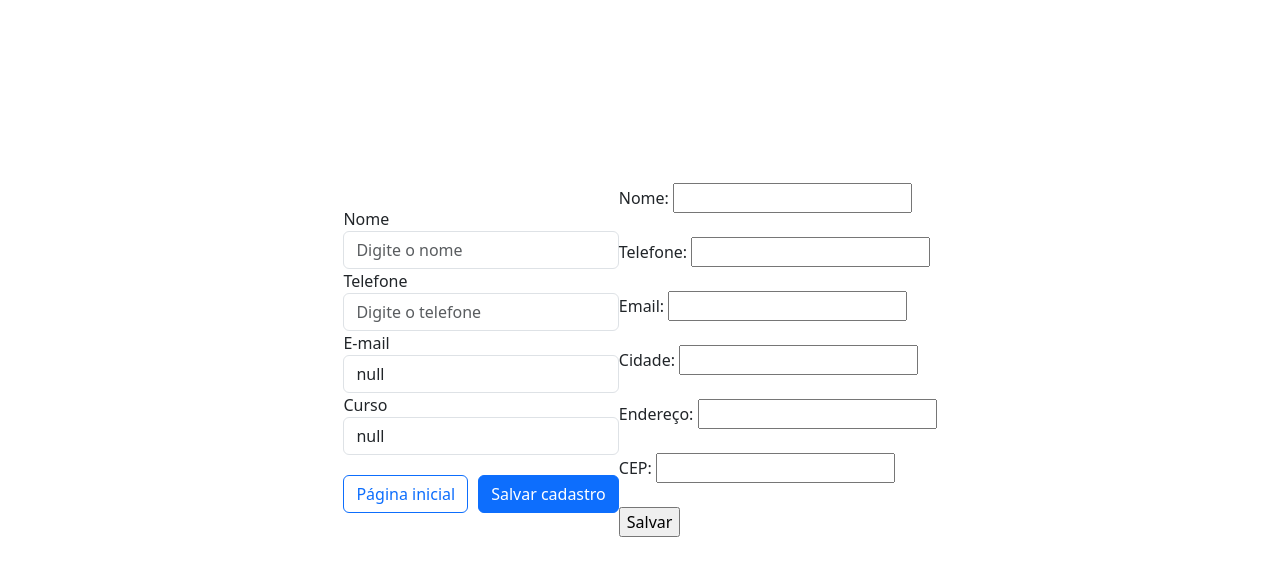
Repository: juliatbarbosa/CRUD-ALUNOS
Page: http://localhost/OlaMundo/alunos/cadastrobean/formulario.jsp
An editor plug-in stored every save of this project. The page is shown before and after the next save, followed by the edit.
The browser window is 1280 px wide. The pictures show the whole page.
The page is served by Tomcat 9. Queries for data that is not in the repository find no rows.

Above is the page before, as saved 2024-09-30 01:55:44.

After the next save:
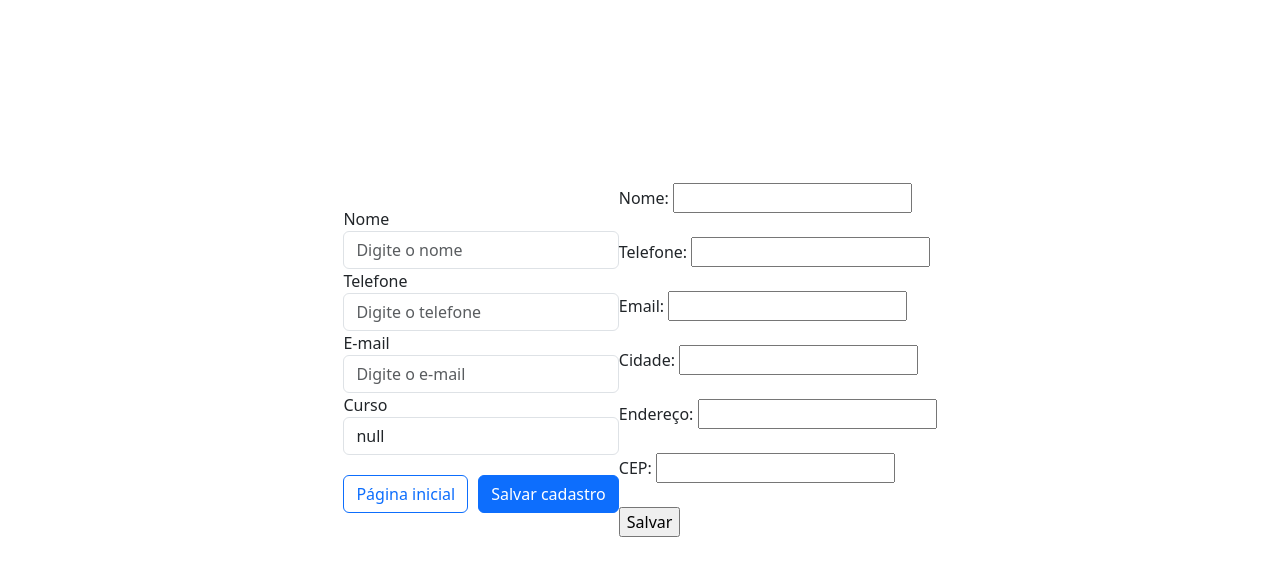
Saved 4 s later.
--- a/OlaMundo/src/main/webapp/alunos/cadastrobean/formulario.jsp
+++ b/OlaMundo/src/main/webapp/alunos/cadastrobean/formulario.jsp
@@ -63,7 +63,7 @@
 			  </div>
 			  <div class="form-group">
 			    <label for="inputEmail">E-mail</label>
-			    <input type="email" class="form-control" id="inputEmail" name="email" placeholder="Digite o e-mail" value="<%= a.getEmail() %>" required>
+			    <input type="email" class="form-control" id="inputEmail" name="email" placeholder="Digite o e-mail" value="" required>
 			  </div>
 			  <div class="form-group">
 			    <label for="inputCurso">Curso</label>
